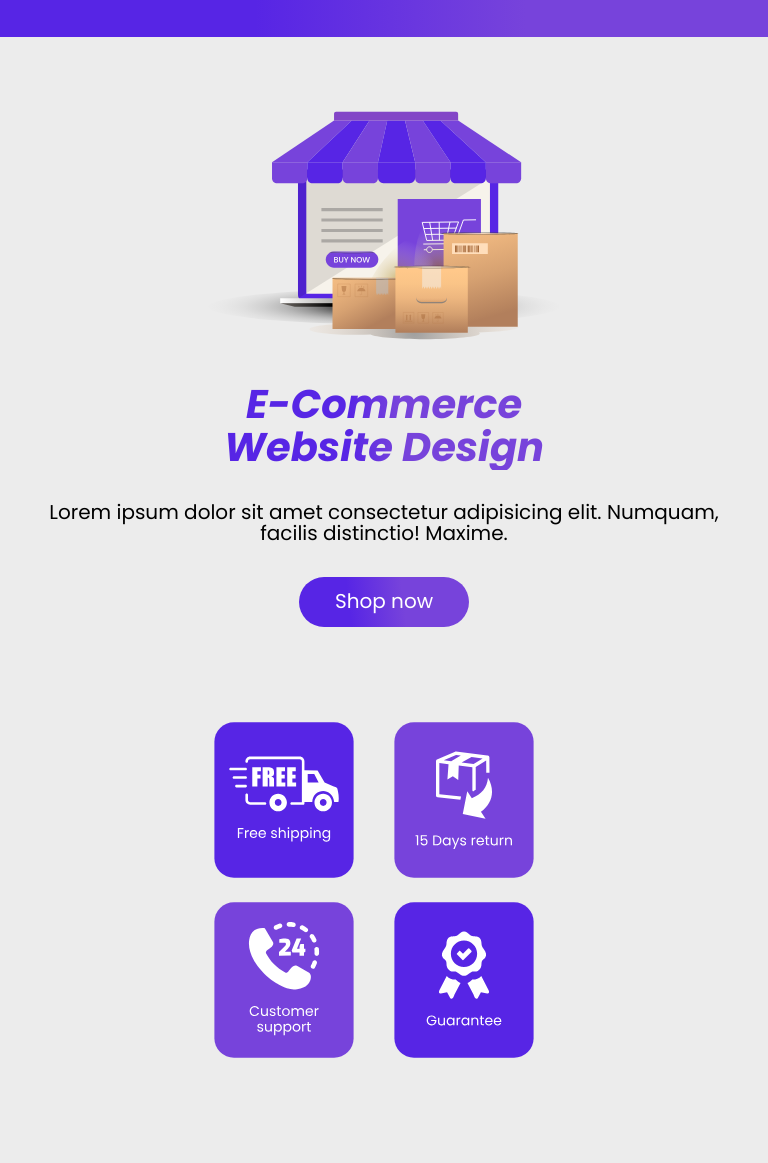
Repository: NatiqSamiyev/commers-desing-JS
Page: index.html
The author's editor kept a copy of each file at every save. The page is drawn from the files as they stood at one save, then again after the next save.
The browser window is 768 px wide. The pictures show the whole page.
Some web fonts or font styles are not loaded; a fallback is used.

Above is the page before, as saved 2023-11-06 12:00:02.

After the next save:
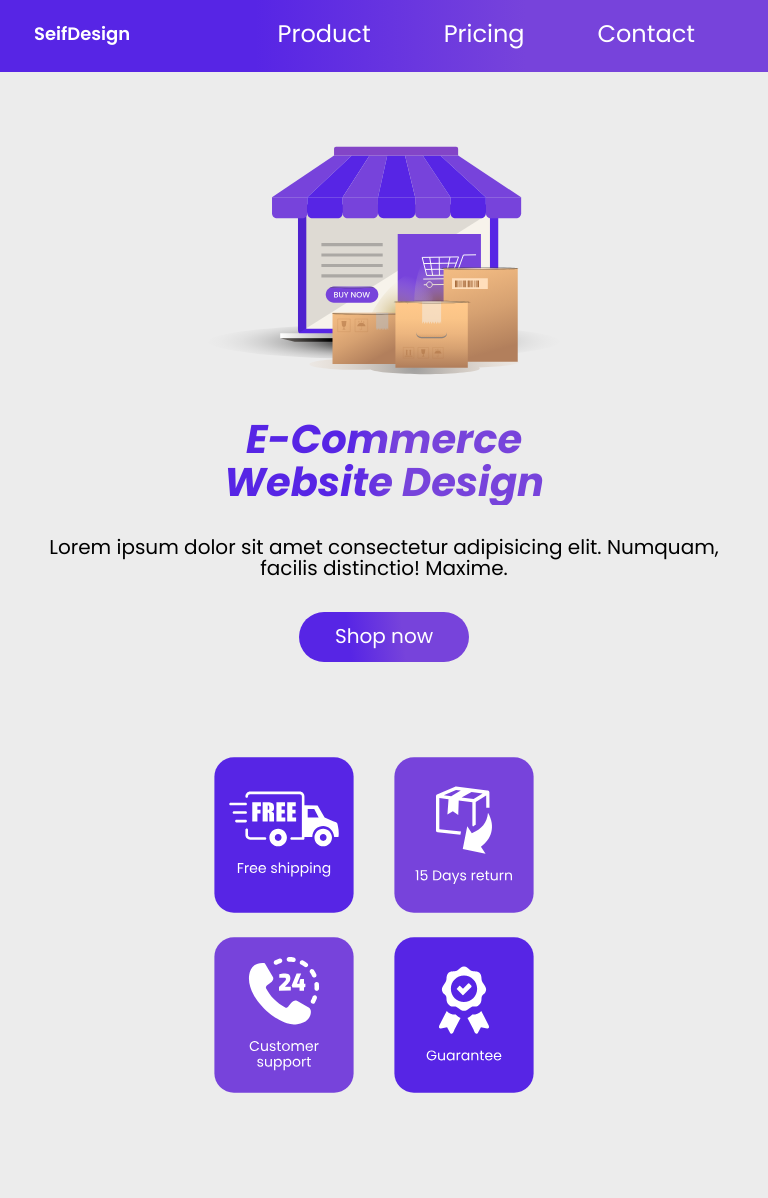
Saved 41 s later.
--- a/index.css
+++ b/index.css
@@ -154,9 +154,7 @@ main .image-container{
     font-size: 18px;
   }
 
-  .top-container nav {
-    display: none;
-  }
+
 
 
 
